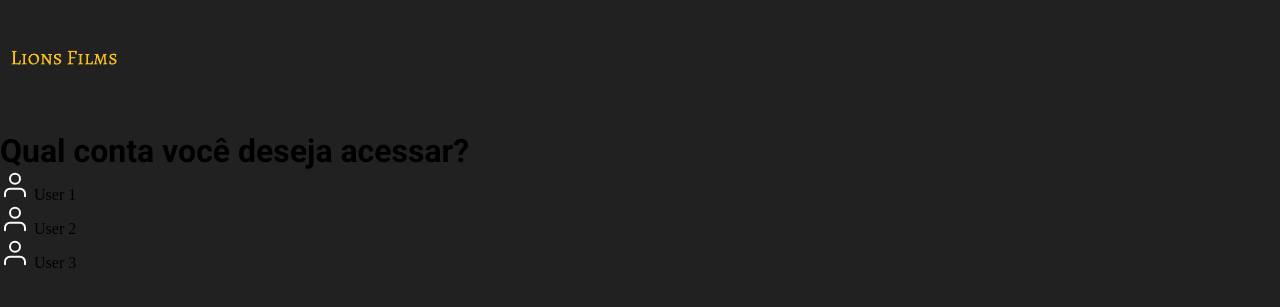
Repository: Leonngc/streaming-project
Page: index.html
These files come from the project's save history. The page is drawn as it stood at one moment and after the next save; the edit follows.
The browser window is 1280 px wide. The pictures show the whole page.
The style sheet was rebuilt from its Sass, Less or Tailwind sources for each picture, by a compiler version that may differ from the author's.

Above is the page before, as saved 2023-09-01 20:15:41.

After the next save:
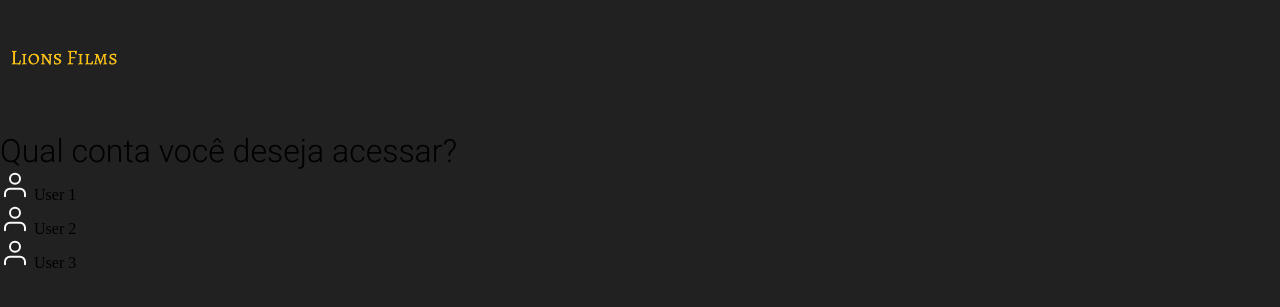
Saved 4 s later.
--- a/index.html
+++ b/index.html
@@ -11,7 +11,7 @@
         <img src="streaming-assets/logo.png" alt="" class="logo small-container">
     </header>
     <main>
-        <h1 class="roboto ">Qual conta você deseja acessar?</h1>
+        <h1 class="roboto f300">Qual conta você deseja acessar?</h1>
         <div class="user-container">
             <div class="users">
                 <img src="streaming-assets/user.svg" alt="">
